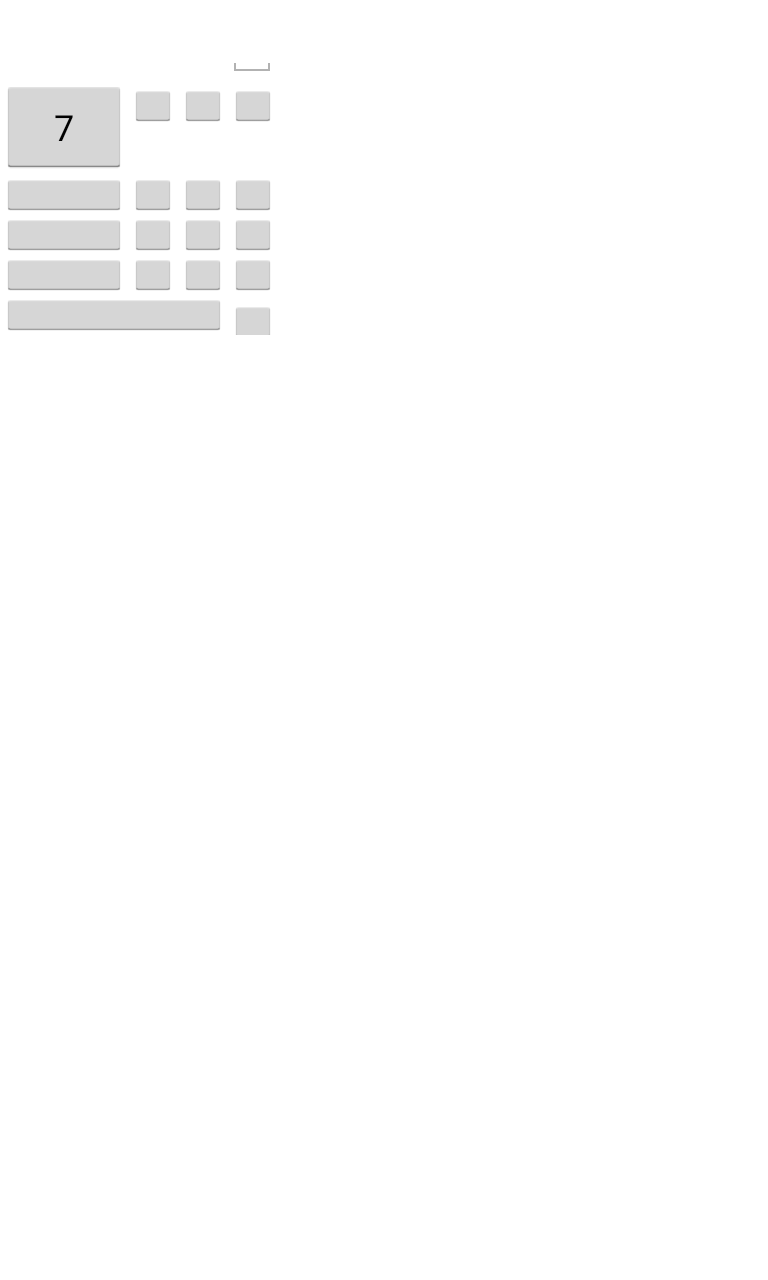
Repository: Free-Mind/eclipes
Layout: Calculator/res/layout/activity_main.xml
The author's editor kept a copy of each file at every save. The layout is drawn from the files as they stood at one save, then again after the next save.
It is drawn on a 768 x 1280 px phone screen (xhdpi) without system bars, with theme AppTheme; the app's code is not run.

Above is the layout before, as saved 2015-04-17 17:40:17.

After the next save:
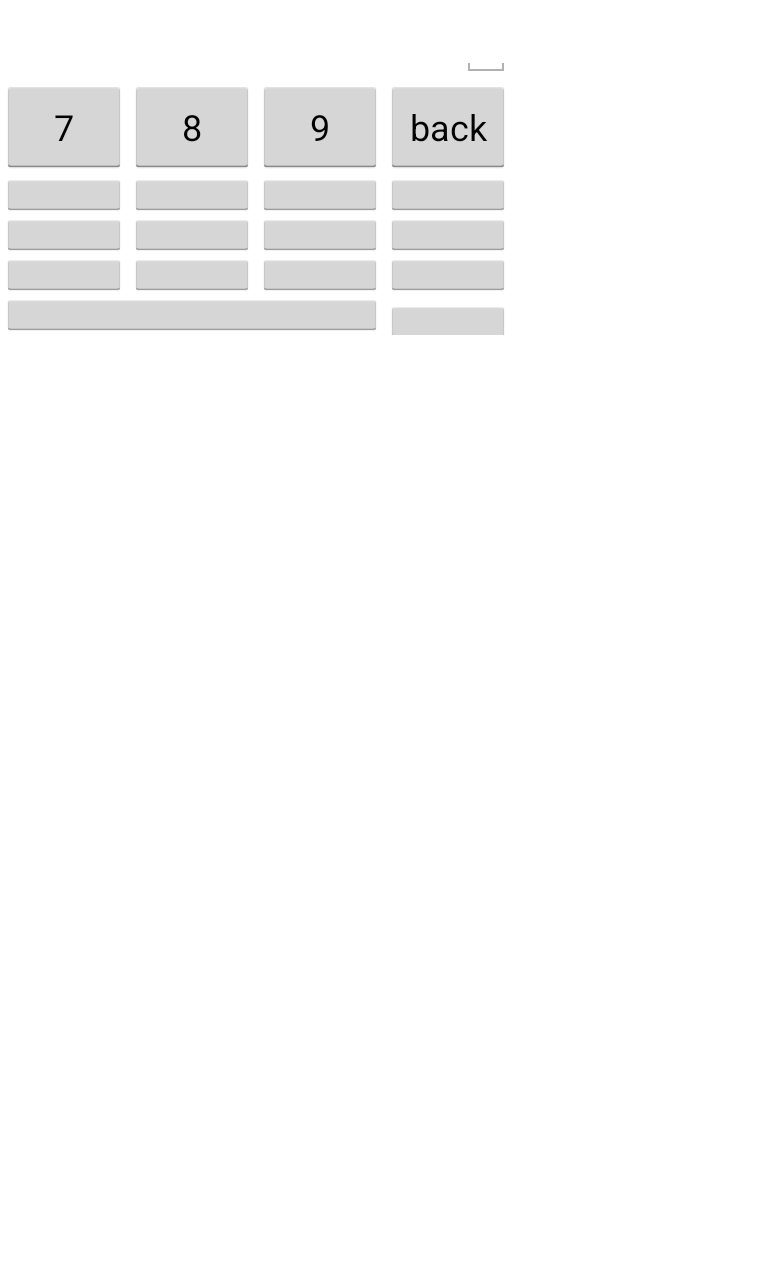
Saved 33 s later.
--- a/Calculator/res/layout/activity_main.xml
+++ b/Calculator/res/layout/activity_main.xml
@@ -41,20 +41,20 @@
 
 		        <Button
 		            android:id="@+id/bt_8"
-		            android:layout_width="40px"
-		            android:layout_height="40px"
+		            android:layout_width="wrap_content"
+		            	android:layout_height="wrap_content"
 		            android:text="8"
 		            />
 		        <Button
 		            android:id="@+id/bt_9"
-		            android:layout_width="40px"
-		            android:layout_height="40px"
+		           android:layout_width="wrap_content"
+		            	android:layout_height="wrap_content"
 					android:text="9"
 		            />
 		          <Button
 		            android:id="@+id/bt_back"
-		            android:layout_width="40px"
-		            android:layout_height="40px"
+		           android:layout_width="wrap_content"
+		            	android:layout_height="wrap_content"
 					android:text="back"
 		            />
 		         </TableRow>
@@ -67,7 +67,8 @@
 
 		         <Button
 		             android:id="@+id/bt_4"
-		             android:layout_width="40px"
+		            android:layout_width="wrap_content"
+		            	android:layout_height="wrap_content"
 		             android:layout_height="40px"
 		             android:text="4"
 		             />
